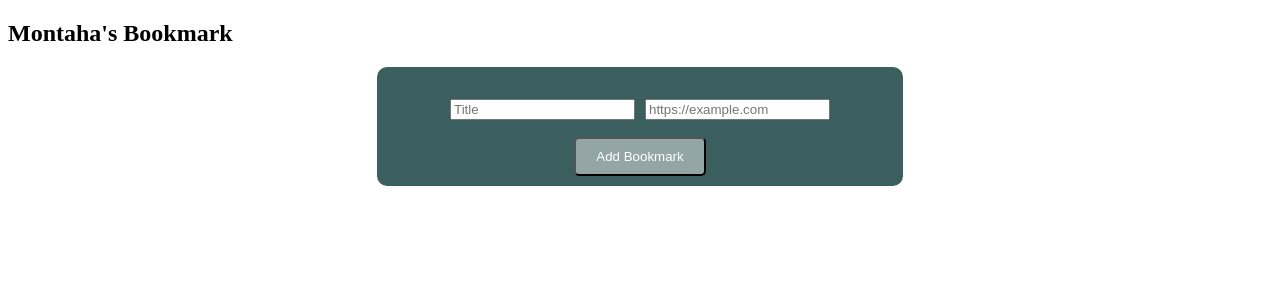
Repository: eidimontaha18-maker/finalproject
Page: index.html
These files come from the project's save history. The page is drawn as it stood at one moment and after the next save; the edit follows.
The browser window is 1280 px wide. The pictures show the whole page.

Above is the page before, as saved 2025-11-25 23:26:50.

### index.html
<!DOCTYPE html>
<html lang="en">
<head>
    <meta charset="UTF-8">
    <meta name="viewport" content="width=device-width, initial-scale=1.0">
    <title>Montaha's Bookmark</title>
    <link rel="stylesheet" href="style.css">
</head>
<body>
    <nav>
        <h1>Montaha's Bookmark</h1>
    </nav>

    <main>
        <div class="addbookmark">
            <input type="text" placeholder="Title" />
            <input type="text" placeholder="https://example.com" />
            <br>
            <button id="addbtn">Add Bookmark</button>
        </div>
    </main>

</body>
</html>

### style.css
.addbookmark{
    background-color: rgb(59, 94, 94);
    padding: 10px;
    width: 40%;
    margin: auto;
    border-radius: 10px;
    text-align: center;
    font-size: 40px;
}
#addbtn{
    background-color: rgb(147, 165, 165);
    color: white;
    padding: 10px 20px;
    border-radius: 5px;
    font-size: 15px0px;
    cursor: pointer;
}

After the next save:
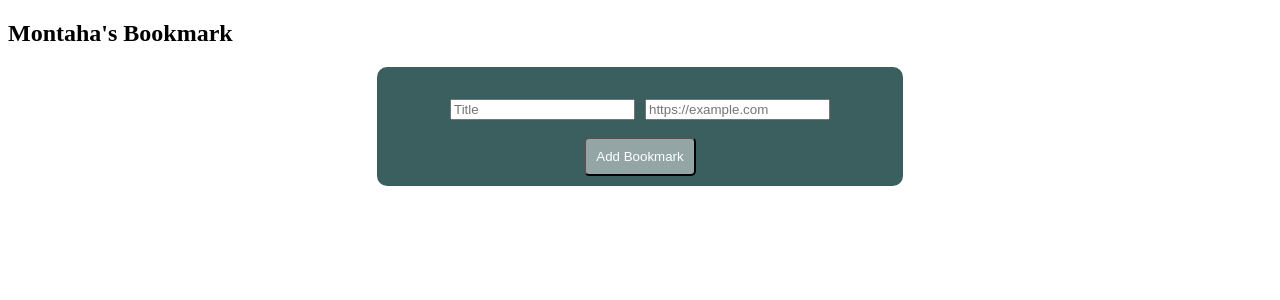
Saved 21 s later.
--- a/style.css
+++ b/style.css
@@ -10,7 +10,7 @@
 #addbtn{
     background-color: rgb(147, 165, 165);
     color: white;
-    padding: 10px 20px;
+    padding: 10px;
     border-radius: 5px;
     font-size: 15px0px;
     cursor: pointer;
